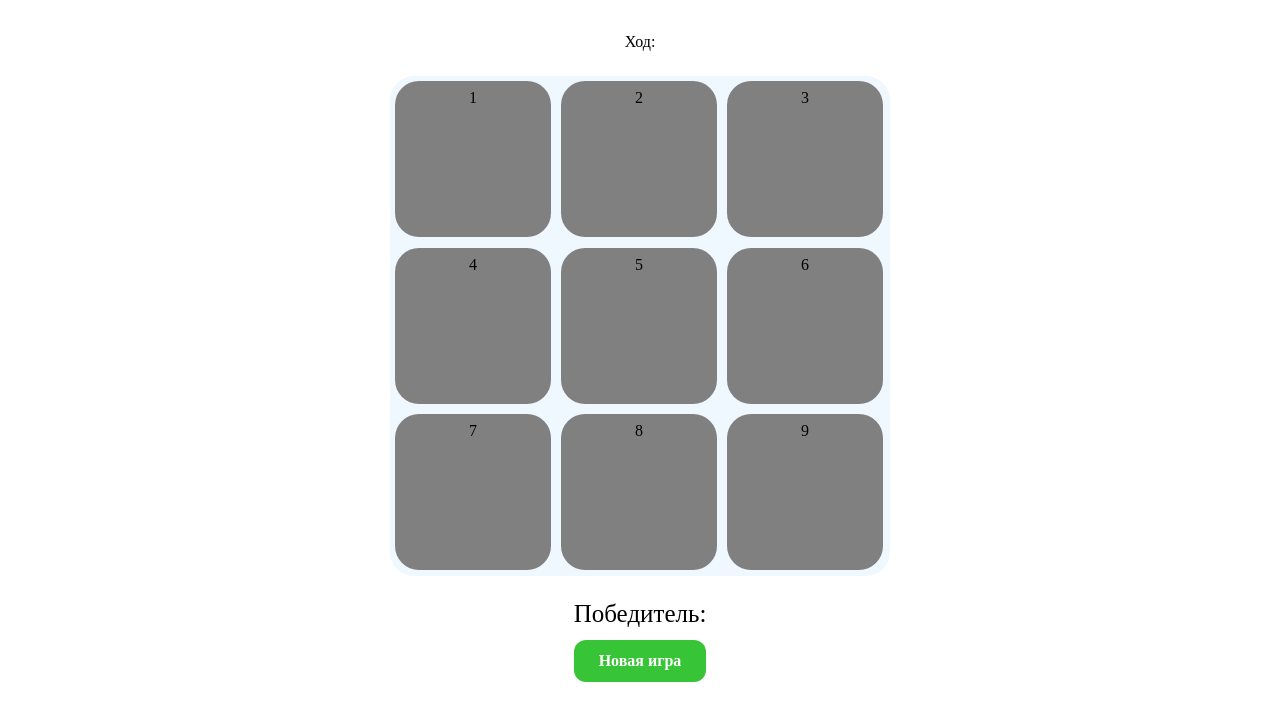
Repository: Pavel1776/krestik
Page: index.html
An editor plug-in stored every save of this project. The page is shown before and after the next save, followed by the edit.
The browser window is 1280 px wide. The pictures show the whole page.

Above is the page before, as saved 2025-09-15 17:00:37.
Console error: ReferenceError: let is not defined

After the next save:
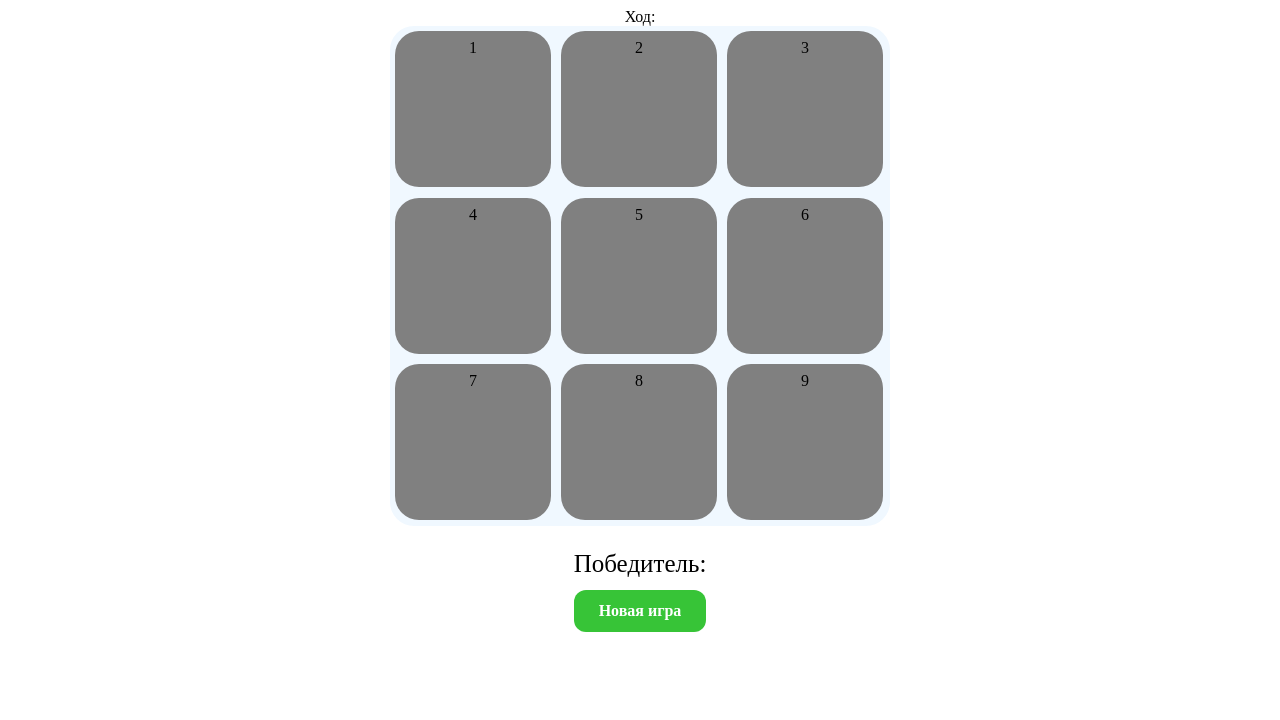
Saved 6 s later.
--- a/index.html
+++ b/index.html
@@ -10,7 +10,7 @@
 
 <body>
   <main>
-    <div class="blockwo">
+    <div class="blockWho">
       <div class="Text">Ход: <span id="spanWho"></span></div>
     </div>
 

After the save that followed:
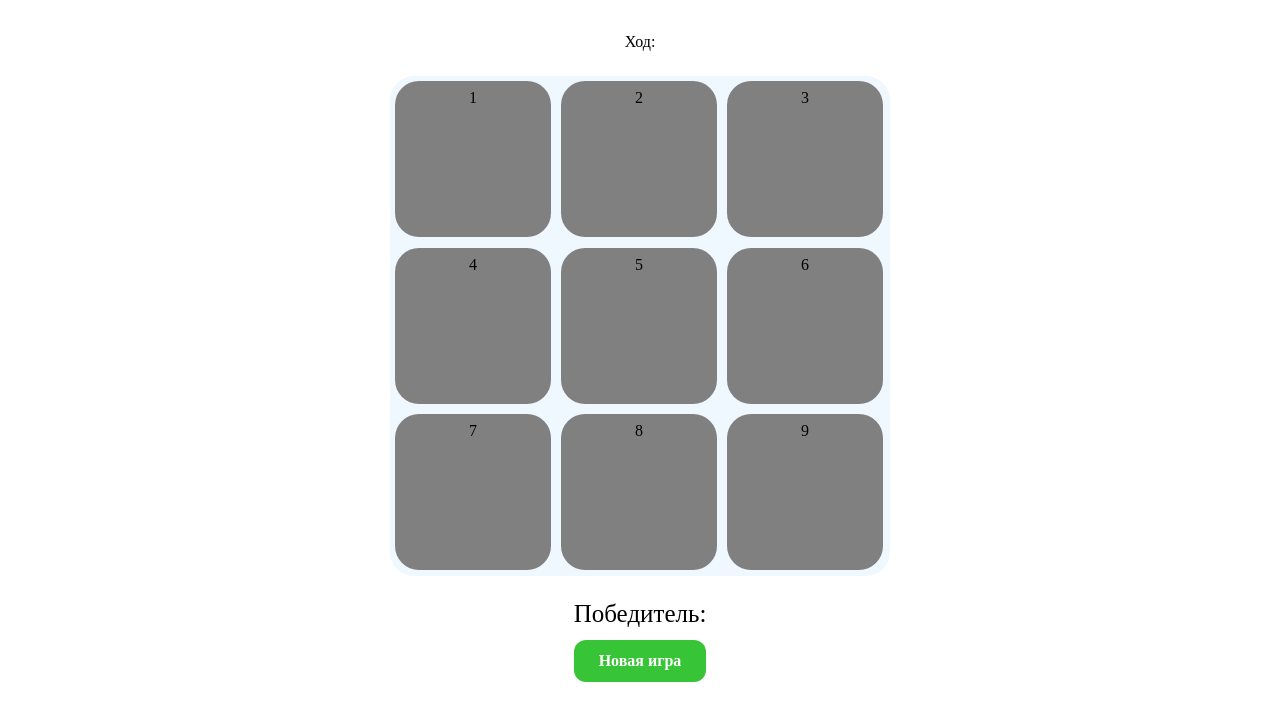
Saved 26 s later.
--- a/style.css
+++ b/style.css
@@ -5,7 +5,7 @@
   flex-direction: column;
   align-items: center;
 }
-.blockwo {
+.blockWho {
   padding: 25px;
 }
 .spanWho {
